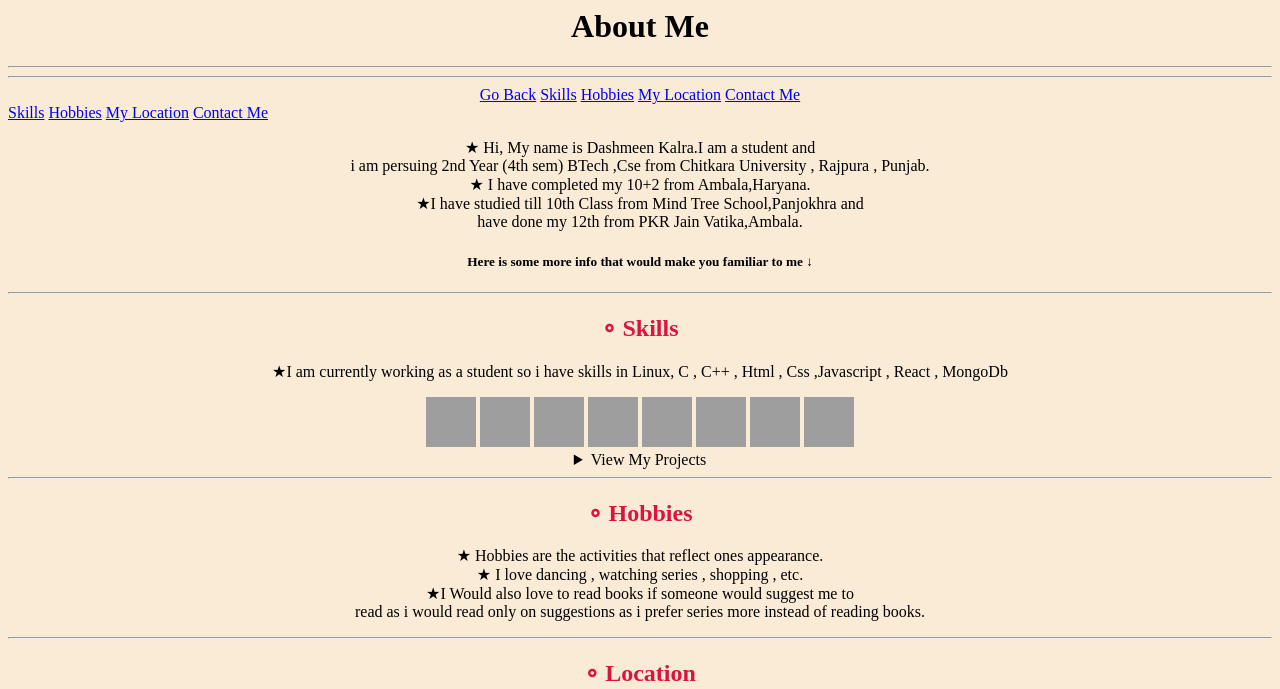
Repository: dashmeenkalra/dashmeen_kalra
Page: first.html
An editor plug-in stored every save of this project. The page is shown before and after the next save, followed by the edit.
The browser window is 1280 px wide. The pictures show the part of the page from y = 0 to 689 px (the page is 1225 px tall before and 1207 px after).
Pictures or frames that could not be fetched are drawn as grey boxes.

Above is the page before, as saved 2023-02-22 20:36:52.

After the next save:
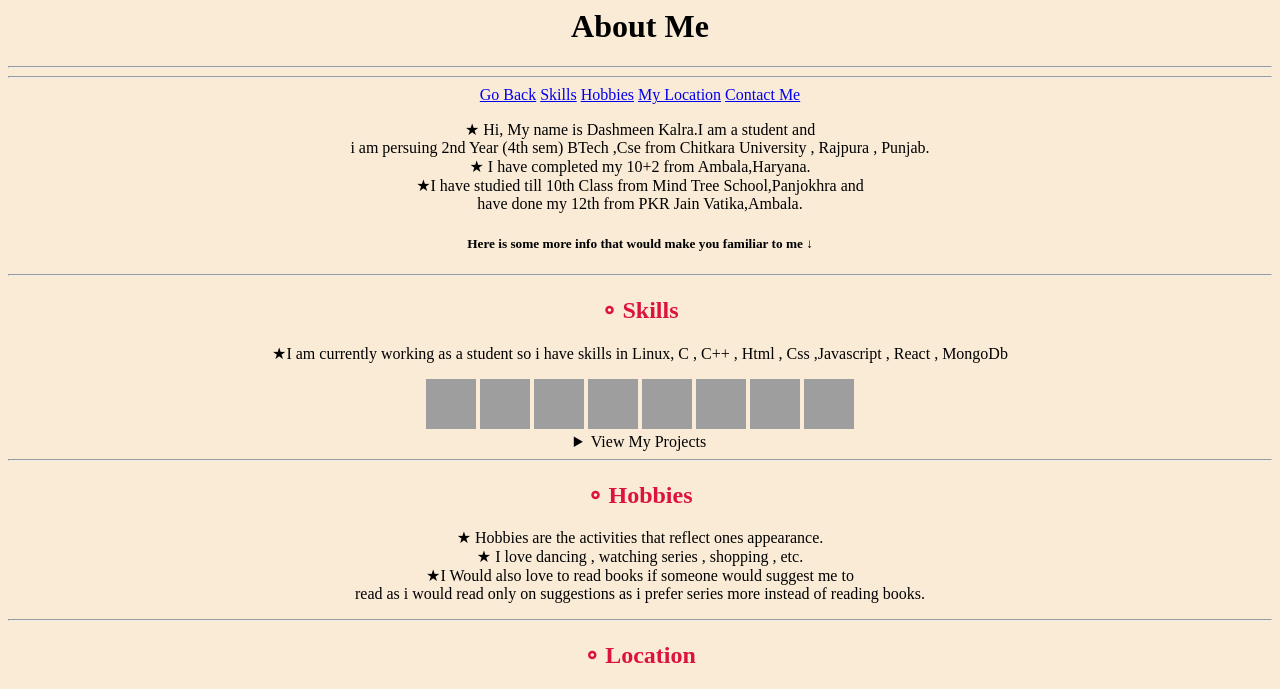
Saved 5 s later.
--- a/first.html
+++ b/first.html
@@ -16,10 +16,7 @@
         <a href="#mylocation" >My Location</a>
         <a href="#contactme" >Contact Me</a>
         </header>
-        <a href="#skills" >Skills</a>
-        <a href="#hobbies" >Hobbies</a>
-        <a href="#mylocation" >My Location</a>
-        <a href="#contactme" >Contact Me</a>
+
     </center>
     <center>
        <p>

After the 2 saves that followed:
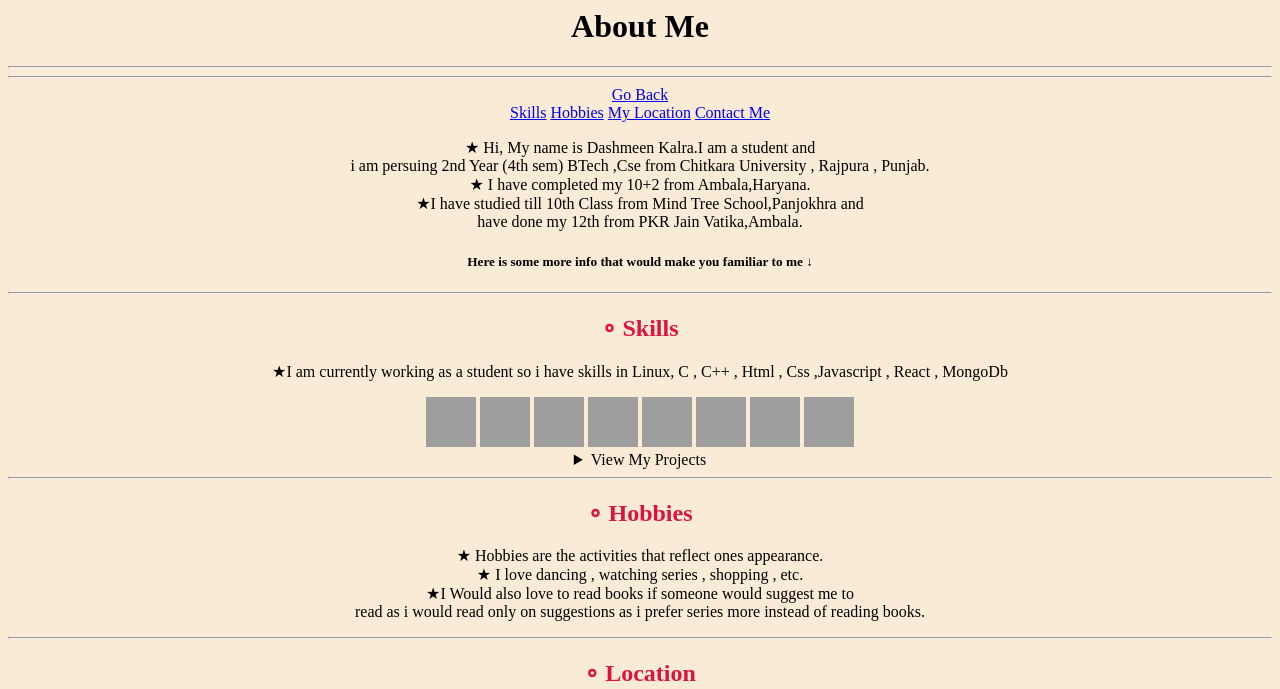
The 2 saves are shown as one change because 1 left the picture as it was.
The last was saved 18 s later.
--- a/first.html
+++ b/first.html
@@ -10,14 +10,12 @@
         <header id ="header">
     <center>
         <h1> About Me </h1><hr/><hr/>
-        <a href ="profile.html" >Go Back</a>
+        <a href ="profile.html" >Go Back</a></br>
         <a href="#skills" >Skills</a>
         <a href="#hobbies" >Hobbies</a>
         <a href="#mylocation" >My Location</a>
         <a href="#contactme" >Contact Me</a>
         </header>
-
-    </center>
     <center>
        <p>
         <span> &bigstar; Hi, My name is Dashmeen Kalra.I am a student and </br> i am persuing 2nd Year (4th sem) BTech ,Cse from Chitkara University , Rajpura , Punjab.</br>&bigstar; I have completed my 10+2 from Ambala,Haryana.</br>
